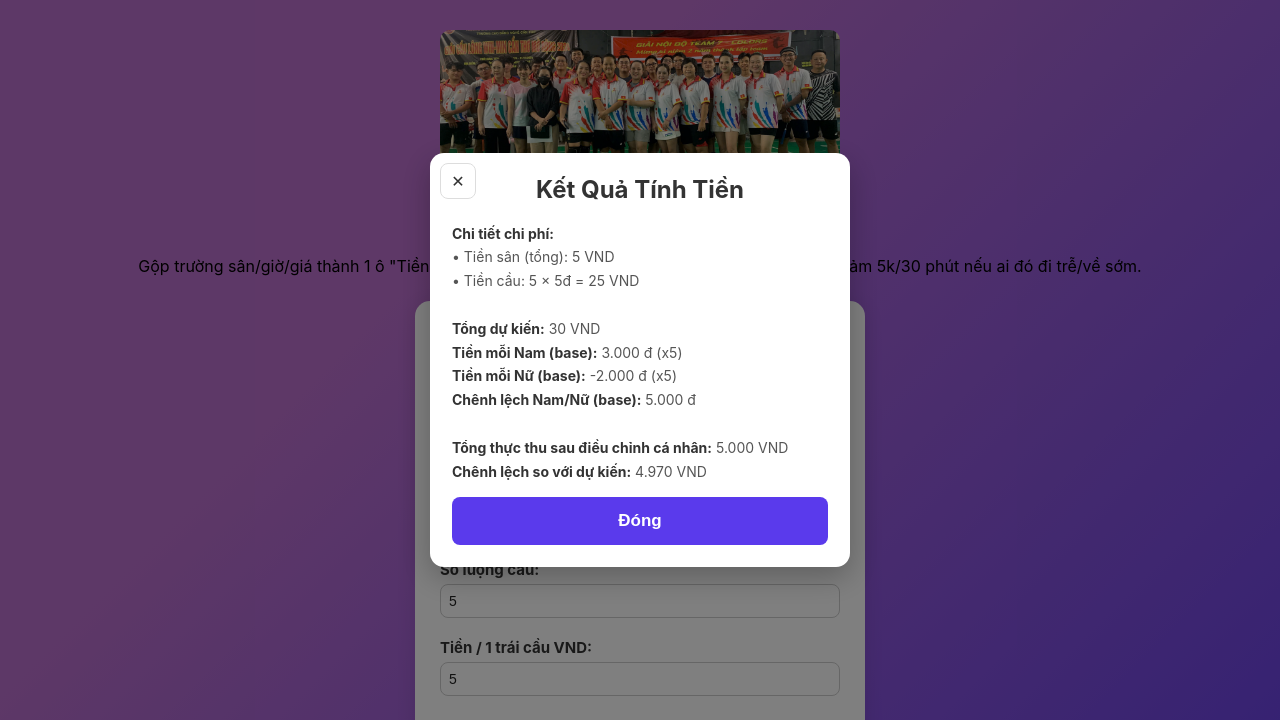
Repository: LuongPTCE181311/Badminton
Page: index.html
The author's editor kept a copy of each file at every save. The page is drawn from the files as they stood at one save, then again after the next save.
The browser window is 1280 px wide. The pictures show the window.
Empty fields were first filled with sample values (such as "Sample", 5 or name@example.com).
After loading, the first visible `#calculateBtn` was clicked once.
A layer covers the whole window, so only the first screen is drawn.

Above is the page before, as saved 2025-12-09 13:45:19.

### index.html
<!DOCTYPE html>
<html lang="vi">

<head>
    <meta charset="UTF-8" />
    <meta name="viewport" content="width=device-width, initial-scale=1.0" />
    <title>Tính Tiền Sân Cầu Lông</title>
    <link rel="stylesheet" href="assets/css/style.css" />
</head>

<body>
    <div class="hero">
        <img src="assets/images/Caulongvuive.jpg" id="img" class="hero-img" alt="Group" />
        <h1 class="title">Cầu lông vui vẻ :3333</h1>
        <div class="note">Gộp trường sân/giờ/giá thành 1 ô "Tiền sân (tổng)". Mặc định chênh lệch Nam/Nữ = 5.000đ. Giảm
            5k/30 phút nếu ai đó đi trễ/về sớm.</div>
    </div>

    <div class="container">
        <form id="calcForm" onsubmit="return false;">
            <div class="form-group">
                <label>Số lượng Nam:</label>
                <input type="number" id="men" min="0" placeholder="VD: 4" />
                <span class="error" id="men_err"></span>
            </div>

            <div class="form-group">
                <label>Số lượng Nữ:</label>
                <input type="number" id="women" min="0" placeholder="VD: 3" />
                <span class="error" id="women_err"></span>
            </div>

            <div class="form-group">
                <label>Tiền sân (tổng) VND:</label>
                <input type="number" id="courtTotal" min="0"
                    placeholder="Tổng tiền sân đã bao gồm số sân × giờ × giá/giờ" />
                <span class="error" id="courtTotal_err"></span>
            </div>

            <div class="form-group">
                <label>Số lượng cầu:</label>
                <input type="number" id="shuttleCount" min="0" placeholder="VD: 5" />
                <span class="error" id="shuttleCount_err"></span>
            </div>

            <div class="form-group">
                <label>Tiền / 1 trái cầu VND:</label>
                <input type="number" id="pricePerShuttle" min="0" placeholder="VD: 5000" />
                <span class="error" id="pricePerShuttle_err"></span>
            </div>

            <div style="margin-top:10px;">
                <strong>Chi tiết thành viên (tùy chọn):</strong>
                <div class="note">Thêm thành viên nếu bạn muốn áp dụng giảm tiền cho những người đi trễ hoặc về sớm.
                    Nhập số phút bị thiếu (minutes not played), cứ 30 phút giảm 5.000đ cho thành viên đó.</div>
                <div id="memberContainer" class="member-list"></div>
                <button type="button" id="addMemberBtn" class="btn">+ Thêm thành viên</button>
            </div>

            <div style="margin-top:14px;">
                <button type="button" id="calculateBtn" class="btn primary">Tính tiền</button>
            </div>
        </form>

        <div id="resultModal" class="modal hidden">
            <div class="modal-box">
                <button id="closeModal" class="modal-close">✕</button>
                <h2>Kết Quả Tính Tiền</h2>
                <div id="resultContent"></div>
                <button id="closeModalBottom" class="btn primary block">Đóng</button>
            </div>
        </div>

    </div>

    <script src="assets/js/main.js"></script>
</body>

</html>

### assets/css/style.css
* {
  box-sizing: border-box;
}

body {
  margin: 0;
  padding: 10px;
  font-family: -apple-system, BlinkMacSystemFont, "Segoe UI", Roboto,
    "Helvetica Neue", Arial, sans-serif;
  background: linear-gradient(135deg, #bc70cf 30%, #5a3aec 100%);
  min-height: 100vh;
}

/* HERO */
.hero {
  text-align: center;
  padding-top: 20px;
  max-width: 100%;
  overflow: hidden;
}

.hero-img {
  width: 100%;
  max-width: 400px;
  height: auto;
  display: block;
  margin: 0 auto 15px auto;
  border-radius: 10px;
  object-fit: cover;
}

/* BUTTONS COMMON */
.close-btn {
  padding: 12px;
  font-size: 15px;
  border-radius: 10px;
  width: 100%;
  margin-top: 3%;
  background-color: #bd5ad6;
  border: none;
  outline: none;
  color: white;
  cursor: pointer;
}

.close-btn:hover {
  opacity: 0.95;
}

/* TITLE */
.title {
  font-size: clamp(24px, 5vw, 30px);
  font-weight: bold;
  color: white;
  margin: 10px 0;
  text-shadow: 2px 2px 4px rgba(0, 0, 0, 0.3);
  padding: 0 15px;
}

/* CONTAINER */
.container {
  width: calc(100% - 20px);
  max-width: 450px;
  margin: 25px auto;
  background-color: white;
  padding: 25px;
  border-radius: 15px;
  box-shadow: 0 4px 20px rgba(0, 0, 0, 0.1);
}

/* FORM */
label {
  font-weight: 700;
  display: block;
  margin-bottom: 5px;
  font-size: 15px;
  color: #333;
}

input,
select,
textarea {
  width: 100%;
  padding: 8px 8px;
  background: white;
  border-radius: 8px;
  border: 1px solid #ccc;
  transition: 0.3s;
  -webkit-appearance: none;
  appearance: none;
  font-size: 14px;
  color: #222;
}

input:focus,
select:focus,
textarea:focus {
  outline: none;
  border-color: #1e88e5;
  box-shadow: 0 0 0 3px rgba(30, 136, 229, 0.08);
}

input.error-border,
select.error-border,
textarea.error-border {
  border-color: #e53935 !important;
}

.error {
  font-size: 12px;
  color: #d84747;
  font-weight: 600;
  display: block;
  min-height: 14px;
  margin-top: 6px;
}

/* ACTION BUTTON */
.btn {
  width: 100%;
  padding: 14px;
  background: #5a3aec;
  color: white;
  font-size: 17px;
  font-weight: 600;
  border: none;
  border-radius: 8px;
  cursor: pointer;
  transition: background 0.3s, transform 0.1s;
  margin-top: 10px;
}

.btn:hover {
  background: #3c22b3;
}

.btn:active {
  transform: scale(0.98);
}

/* allow .btn.primary to be used in HTML */
.btn.primary {
  background: #5a3aec;
  color: #fff;
}
.btn.primary:hover {
  background: #3c22b3;
}

/* helper for full width variants */
.block {
  display: block;
  width: 100%;
}

/* MODAL OVERLAY */
.modal {
  position: fixed;
  inset: 0;
  background: rgba(0, 0, 0, 0.5); /* semi-opaque backdrop */
  display: flex;
  justify-content: center;
  align-items: center;
  z-index: 1000;
  padding: 20px;
}

/* keep compatibility with previous class names */
.hidden {
  display: none !important;
}

/* Primary modal content class used earlier in CSS */
.modal-content {
  background: white;
  padding: 25px;
  width: calc(100% - 40px);
  max-width: 420px;
  border-radius: 15px;
  text-align: left;
  box-shadow: 0 4px 15px rgba(0, 0, 0, 0.2);
  max-height: 90vh;
  overflow-y: auto;
}

/* New: support .modal-box used in your HTML */
.modal-box {
  background: white;
  padding: 22px;
  width: calc(100% - 40px);
  max-width: 420px;
  border-radius: 14px;
  text-align: left;
  box-shadow: 0 10px 30px rgba(0, 0, 0, 0.25);
  max-height: 90vh;
  overflow-y: auto;
  position: relative;
}

/* Modal header/title */
.modal-box h2,
.modal-content h2 {
  margin-top: 0;
  margin-bottom: 18px;
  text-align: center;
  color: #333;
  font-size: clamp(20px, 4vw, 24px);
}

/* Modal close button (the small X at top) */
.modal-close,
.modal-box .modal-close,
.modal-content .modal-close {
  position: absolute;
  top: 10px;
  left: 10px;
  background: transparent;
  border: 1px solid #ddd;
  color: #333;
  width: 36px;
  height: 36px;
  border-radius: 8px;
  font-size: 16px;
  line-height: 34px;
  text-align: center;
  cursor: pointer;
}

/* ensure "Đóng" button at bottom styled */
.modal-box .btn,
.modal-content .btn {
  margin-top: 14px;
}

/* Result inside modal */
#result,
#resultContent {
  line-height: 1.7;
  font-size: 14px;
  color: #555;
}

#result b,
#resultContent b {
  color: #333;
}

/* MEMBER LIST (small UI pieces) */
.member-list {
  margin-top: 10px;
  border-top: 1px dashed #eee;
  padding-top: 10px;
}

.member-row {
  display: flex;
  gap: 8px;
  margin-bottom: 8px;
  align-items: center;
  flex-wrap: nowrap;
}

.member-row input,
.member-row select {
  padding: 6px 8px;
  border-radius: 6px;
  border: 1px solid #ddd;
  font-size: 13px;
  background: #fff;
}

.member-row .small {
  width: 110px;
}

.remove-btn {
  background: #ff6b6b;
  color: #fff;
  border: none;
  padding: 6px 10px;
  border-radius: 6px;
  cursor: pointer;
  font-size: 13px;
}

/* result box outside modal (if used) */
.result-box {
  margin-top: 12px;
  background: #f9f9f9;
  padding: 12px;
  border-radius: 8px;
  color: #333;
}

/* Responsive tweaks */

/* Tablet devices */
@media screen and (max-width: 768px) {
  body {
    padding: 10px;
  }

  .container {
    width: calc(100% - 20px);
    margin: 20px auto;
    padding: 20px;
  }

  .hero {
    padding: 15px 0;
  }

  .hero-img {
    max-width: 350px;
  }
}

/* Mobile devices */
@media screen and (max-width: 480px) {
  body {
    padding: 10px;
  }

  .container {
    width: calc(100% - 20px);
    margin: 0 auto;
    padding: 18px 14px;
    border-radius: 12px;
  }

  .hero {
    padding: 8px 0;
  }

  .hero-img {
    max-width: 100%;
    width: calc(100% - 20px);
    margin: 0 auto 10px auto;
  }

  .title {
    font-size: 22px;
    padding: 0 10px;
  }

  label {
    font-size: 14px;
  }

  input,
  select,
  textarea {
    width: 100%;
    padding: 10px;
    background: rgba(255, 255, 255, 0.95);
    border-radius: 8px;
    border: 1px solid #ccc;
    font-size: 14px;
  }

  .btn {
    padding: 14px;
    font-size: 16px;
  }

  .modal {
    padding: 12px;
  }

  .modal-box,
  .modal-content {
    width: calc(100% - 28px);
    padding: 16px;
    border-radius: 12px;
  }

  .modal-box h2,
  .modal-content h2 {
    font-size: 20px;
    margin-bottom: 14px;
  }

  #result,
  #resultContent {
    font-size: 13px;
    line-height: 1.6;
  }

  .close-btn {
    padding: 12px;
    font-size: 15px;
    border-radius: 10px;
    width: 100%;
    margin-top: 10px;
    background-color: #bd5ad6;
    border: none;
    outline: none;
    color: white;
  }
}

/* Very small mobile devices */
@media screen and (max-width: 360px) {
  body {
    padding: 8px;
  }

  .container {
    width: calc(100% - 16px);
    padding: 15px 12px;
  }

  .title {
    font-size: 22px;
  }

  .hero-img {
    width: calc(100% - 16px);
  }

  input,
  select,
  textarea {
    width: 100%;
    padding: 12px;
  }

  .btn {
    padding: 12px;
    font-size: 15px;
  }

  .modal-box,
  .modal-content {
    width: calc(100% - 24px);
    padding: 12px;
  }

  #result,
  #resultContent {
    font-size: 12px;
  }
}

/* Landscape orientation on mobile */
@media screen and (max-height: 600px) and (orientation: landscape) {
  body {
    padding: 5px;
  }

  .hero {
    padding: 5px 0;
  }

  .hero-img {
    max-width: 200px;
    max-height: 120px;
    margin-bottom: 5px;
  }

  .title {
    font-size: 18px;
    margin: 5px 0;
  }

  .container {
    margin: 10px auto;
    width: calc(100% - 10px);
    max-width: 600px;
  }

  .modal-box,
  .modal-content {
    max-height: 85vh;
  }
}

### assets/js/main.js
// ====== VALIDATE ======
function setError(id, msg) {
  const el = document.getElementById(id + "_err");
  if (el) el.innerText = msg;
}
function clearError(id) {
  const el = document.getElementById(id + "_err");
  if (el) el.innerText = "";
}
function validateField(id) {
  const el = document.getElementById(id);
  if (!el) return true;
  const value = el.value.trim();
  switch (id) {
    case "men":
    case "women":
      if (value === "" || isNaN(value) || parseInt(value) < 0) {
        setError(id, "Giá trị phải ≥ 0");
        return false;
      }
      const men = parseInt(document.getElementById("men").value) || 0;
      const women = parseInt(document.getElementById("women").value) || 0;
      if (men === 0 && women === 0) {
        setError(id, "Nam + Nữ phải ≥ 1");
        return false;
      }
      break;
    case "courtTotal":
      if (value === "" || isNaN(value) || parseInt(value) < 0) {
        setError(id, "Tiền sân phải ≥ 0");
        return false;
      }
      break;
    case "shuttleCount":
      if (value === "" || isNaN(value) || parseInt(value) < 0) {
        setError(id, "Số lượng cầu phải ≥ 0");
        return false;
      }
      break;
    case "pricePerShuttle":
      if (value === "" || isNaN(value) || parseInt(value) < 0) {
        setError(id, "Tiền 1 trái cầu phải ≥ 0");
        return false;
      }
      break;
    default:
      break;
  }
  clearError(id);
  return true;
}

["men", "women", "courtTotal", "shuttleCount", "pricePerShuttle"].forEach(
  (id) => {
    const el = document.getElementById(id);
    if (!el) return;
    el.addEventListener("input", () => {
      validateField(id);
      if (id === "men" || id === "women") {
        const otherId = id === "men" ? "women" : "men";
        validateField(otherId);
      }
    });
  }
);

// ====== UTILS ======
function roundUpToThousand(num) {
  return Math.ceil(num / 1000) * 1000;
}

// ====== TỐI ƯU CHIA (CHÊNH LỆCH MẶC ĐỊNH 5k) ======
function findOptimalSplit(total, men, women) {
  const targetDiff = 5000; // 5k
  let perWomanRaw = (total - targetDiff * men) / (men + women);
  let perWoman = roundUpToThousand(perWomanRaw);
  let perMan = roundUpToThousand(perWoman + targetDiff);

  if (perMan - perWoman < targetDiff) {
    perMan = perWoman + targetDiff;
    perMan = roundUpToThousand(perMan);
  }

  let actualTotal = perMan * men + perWoman * women;
  while (actualTotal < total) {
    perWoman += 1000;
    perMan = perWoman + targetDiff;
    perWoman = roundUpToThousand(perWoman);
    perMan = roundUpToThousand(perMan);
    actualTotal = perMan * men + perWoman * women;
    if (perWoman > total + 1000000) break;
  }

  return { perMan, perWoman, actualTotal, genderDiff: perMan - perWoman };
}

// ====== MEMBER UI ======
let memberIdCounter = 0;
const memberContainer = document.getElementById("memberContainer");
document
  .getElementById("addMemberBtn")
  .addEventListener("click", () => addMemberRow());
function addMemberRow(init = {}) {
  memberIdCounter++;
  const id = "member_" + memberIdCounter;
  const row = document.createElement("div");
  row.className = "member-row";
  row.id = id;
  row.innerHTML = `
    <input class="small" type="text" placeholder="Tên (tùy chọn)" data-field="name" />
    <select data-field="gender">
      <option value="man">Nam</option>
      <option value="woman">Nữ</option>
    </select>
    <input class="small" type="number" min="0" step="1" placeholder="Phút thiếu" data-field="minutes" />
    <button type="button" class="remove-btn" title="Xóa">X</button>
  `;
  memberContainer.appendChild(row);
  const btn = row.querySelector(".remove-btn");
  btn.addEventListener("click", () => row.remove());
  if (init.name) row.querySelector('[data-field="name"]').value = init.name;
  if (init.gender)
    row.querySelector('[data-field="gender"]').value = init.gender;
  if (init.minutes !== undefined)
    row.querySelector('[data-field="minutes"]').value = init.minutes;
}

// ====== MODAL HELPERS ======
function openModal() {
  document.getElementById("resultModal").classList.remove("hidden");
}
function closeModal() {
  document.getElementById("resultModal").classList.add("hidden");
}
const closeBtn = document.getElementById("closeModal");
if (closeBtn) closeBtn.addEventListener("click", closeModal);
const closeBtn2 = document.getElementById("closeModalBottom");
if (closeBtn2) closeBtn2.addEventListener("click", closeModal);

// ====== CALCULATE ======
document.getElementById("calculateBtn").addEventListener("click", function () {
  let ok = true;
  const ids = ["men", "women", "courtTotal", "shuttleCount", "pricePerShuttle"];
  ids.forEach((id) => {
    if (!validateField(id)) ok = false;
  });
  if (!ok) return;

  const men = parseInt(document.getElementById("men").value) || 0;
  const women = parseInt(document.getElementById("women").value) || 0;
  const courtTotal = parseInt(document.getElementById("courtTotal").value) || 0;
  const scount = parseInt(document.getElementById("shuttleCount").value) || 0;
  const pShut = parseInt(document.getElementById("pricePerShuttle").value) || 0;

  const shuttleCost = scount * pShut;
  const totalProjected = courtTotal + shuttleCost;

  let perMan = 0,
    perWoman = 0,
    actualTotal = 0;
  if (men > 0 && women > 0) {
    const solution = findOptimalSplit(totalProjected, men, women);
    perMan = solution.perMan;
    perWoman = solution.perWoman;
    actualTotal = solution.actualTotal;
  } else if (men > 0) {
    perMan = roundUpToThousand(totalProjected / men);
    actualTotal = perMan * men;
  } else {
    perWoman = roundUpToThousand(totalProjected / women);
    actualTotal = perWoman * women;
  }

  const memberRows = Array.from(
    memberContainer.querySelectorAll(".member-row")
  );
  const members = memberRows.map((r) => ({
    name: r.querySelector('[data-field="name"]').value || "",
    gender: r.querySelector('[data-field="gender"]').value,
    minutes: parseInt(r.querySelector('[data-field="minutes"]').value) || 0,
  }));

  let menRemaining = men;
  let womenRemaining = women;
  let adjustedTotal = 0;
  const memberResults = [];
  members.forEach((m) => {
    let base = m.gender === "man" ? perMan : perWoman;
    const steps = Math.floor(m.minutes / 30);
    const reduction = steps * 5000;
    const adjusted = Math.max(0, base - reduction);
    memberResults.push({
      name: m.name,
      gender: m.gender,
      base,
      minutes: m.minutes,
      reduction,
      adjusted,
    });
    adjustedTotal += adjusted;
    if (m.gender === "man") menRemaining--;
    else womenRemaining--;
  });
  adjustedTotal += menRemaining > 0 ? menRemaining * perMan : 0;
  adjustedTotal += womenRemaining > 0 ? womenRemaining * perWoman : 0;

  // Diff must be >= 0 per user request
  const rawDiff = adjustedTotal - totalProjected;
  const displayedDiff = Math.max(0, rawDiff);

  // Build modal content
  let html = `<b>Chi tiết chi phí:</b><br>`;
  html += `• Tiền sân (tổng): ${courtTotal.toLocaleString("vi-VN")} VND<br>`;
  html += `• Tiền cầu: ${scount} × ${pShut.toLocaleString(
    "vi-VN"
  )}đ = ${shuttleCost.toLocaleString("vi-VN")} VND<br><br>`;
  html += `<b>Tổng dự kiến:</b> ${totalProjected.toLocaleString(
    "vi-VN"
  )} VND<br>`;
  html += `<b>Tiền mỗi Nam (base):</b> ${perMan.toLocaleString(
    "vi-VN"
  )} đ (x${men})<br>`;
  html += `<b>Tiền mỗi Nữ (base):</b> ${perWoman.toLocaleString(
    "vi-VN"
  )} đ (x${women})<br>`;
  html += `<b>Chênh lệch Nam/Nữ (base):</b> ${(
    perMan - perWoman
  ).toLocaleString("vi-VN")} đ<br><br>`;

  if (memberResults.length > 0) {
    html += `<b>Điều chỉnh cá nhân (giảm 5k/30 phút):</b><br>`;
    memberResults.forEach((m) => {
      html += `• ${
        m.name || (m.gender === "man" ? "Nam" : "Nữ")
      }: base ${m.base.toLocaleString("vi-VN")}đ, -${m.reduction.toLocaleString(
        "vi-VN"
      )}đ (tương đương ${m.minutes} phút) → ${m.adjusted.toLocaleString(
        "vi-VN"
      )}đ<br>`;
    });
    html += `<br>`;
  }

  html += `<b>Tổng thực thu sau điều chỉnh cá nhân:</b> ${adjustedTotal.toLocaleString(
    "vi-VN"
  )} VND<br>`;
  html += `<b>Chênh lệch so với dự kiến:</b> ${displayedDiff.toLocaleString(
    "vi-VN"
  )} VND<br>`;

  // Set content and open modal
  const content = document.getElementById("resultContent");
  content.innerHTML = html;
  openModal();
});

After the next save:
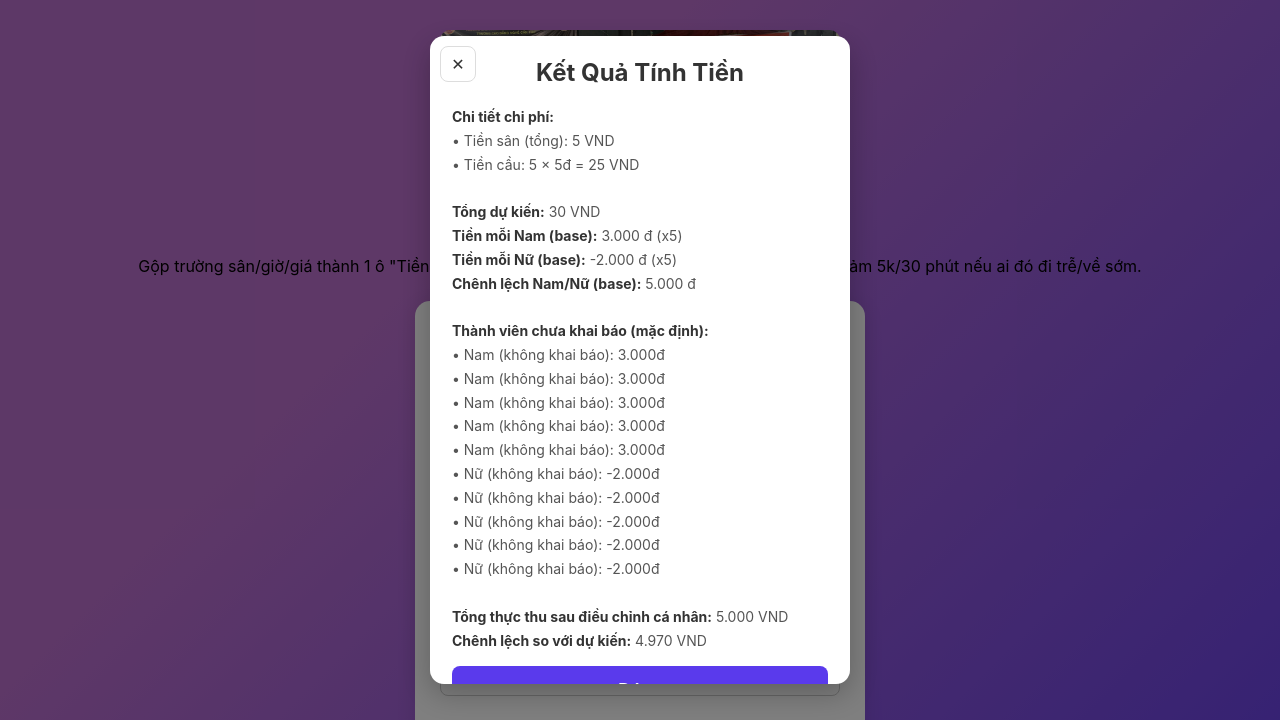
Saved 8 min 53 s later.
--- a/assets/js/main.js
+++ b/assets/js/main.js
@@ -155,58 +155,99 @@
   const shuttleCost = scount * pShut;
   const totalProjected = courtTotal + shuttleCost;
 
+  // Gather declared members and their requested reductions (steps*5000)
+  const memberRows = Array.from(
+    memberContainer.querySelectorAll(".member-row")
+  );
+  const members = memberRows.map((r) => {
+    const name = r.querySelector('[data-field="name"]').value || "";
+    const gender = r.querySelector('[data-field="gender"]').value;
+    const minutes =
+      parseInt(r.querySelector('[data-field="minutes"]').value) || 0;
+    const steps = Math.floor(minutes / 30);
+    const requestedReduction = steps * 5000;
+    return { name, gender, minutes, steps, requestedReduction };
+  });
+
+  // Sum of requested reductions (initial)
+  let totalRequestedReductions = members.reduce(
+    (s, m) => s + m.requestedReduction,
+    0
+  );
+
+  // We need to ensure bases are set so that:
+  // perMan*men + perWoman*women >= totalProjected + effectiveReductions
+  // We don't yet know effectiveReductions (because reductions cannot exceed base), so iterate to stabilize.
   let perMan = 0,
     perWoman = 0,
     actualTotal = 0;
-  if (men > 0 && women > 0) {
-    const solution = findOptimalSplit(totalProjected, men, women);
-    perMan = solution.perMan;
-    perWoman = solution.perWoman;
-    actualTotal = solution.actualTotal;
-  } else if (men > 0) {
-    perMan = roundUpToThousand(totalProjected / men);
-    actualTotal = perMan * men;
-  } else {
-    perWoman = roundUpToThousand(totalProjected / women);
-    actualTotal = perWoman * women;
-  }
-
-  const memberRows = Array.from(
-    memberContainer.querySelectorAll(".member-row")
-  );
-  const members = memberRows.map((r) => ({
-    name: r.querySelector('[data-field="name"]').value || "",
-    gender: r.querySelector('[data-field="gender"]').value,
-    minutes: parseInt(r.querySelector('[data-field="minutes"]').value) || 0,
-  }));
-
+  let totalNeeded = totalProjected + totalRequestedReductions;
+  // If there are no declared members, totalRequestedReductions = 0 and it's simple.
+  const maxIter = 8;
+  for (let iter = 0; iter < maxIter; iter++) {
+    if (men > 0 && women > 0) {
+      const solution = findOptimalSplit(totalNeeded, men, women);
+      perMan = solution.perMan;
+      perWoman = solution.perWoman;
+      actualTotal = solution.actualTotal; // this is perMan*men + perWoman*women
+    } else if (men > 0) {
+      perMan = roundUpToThousand(totalNeeded / men);
+      perWoman = 0;
+      actualTotal = perMan * men;
+    } else {
+      perWoman = roundUpToThousand(totalNeeded / women);
+      perMan = 0;
+      actualTotal = perWoman * women;
+    }
+
+    // Compute effective reductions (cannot exceed base for each member)
+    let effectiveReductions = 0;
+    members.forEach((m) => {
+      const base = m.gender === "man" ? perMan : perWoman;
+      const effective = Math.min(m.requestedReduction, base); // reduction cannot be more than base
+      effectiveReductions += effective;
+    });
+
+    const newTotalNeeded = totalProjected + effectiveReductions;
+    // If stabilized (no change) then break
+    if (newTotalNeeded === totalNeeded) {
+      totalRequestedReductions = effectiveReductions;
+      totalNeeded = newTotalNeeded;
+      break;
+    }
+    // Otherwise update and iterate
+    totalRequestedReductions = effectiveReductions;
+    totalNeeded = newTotalNeeded;
+    // continue loop with updated totalNeeded
+  }
+
+  // After stabilization, actualTotal is perMan*men + perWoman*women
+  // Adjusted total actually collected after member reductions:
+  const adjustedTotal = actualTotal - totalRequestedReductions;
+
+  // displayed diff (>=0)
+  const displayedDiff = Math.max(0, adjustedTotal - totalProjected);
+
+  // Build memberResults with effective reductions
   let menRemaining = men;
   let womenRemaining = women;
-  let adjustedTotal = 0;
   const memberResults = [];
   members.forEach((m) => {
-    let base = m.gender === "man" ? perMan : perWoman;
-    const steps = Math.floor(m.minutes / 30);
-    const reduction = steps * 5000;
-    const adjusted = Math.max(0, base - reduction);
+    const base = m.gender === "man" ? perMan : perWoman;
+    const effective = Math.min(m.requestedReduction, base);
+    const adjusted = Math.max(0, base - effective);
     memberResults.push({
       name: m.name,
       gender: m.gender,
       base,
       minutes: m.minutes,
-      reduction,
+      requestedReduction: m.requestedReduction,
+      effectiveReduction: effective,
       adjusted,
     });
-    adjustedTotal += adjusted;
     if (m.gender === "man") menRemaining--;
     else womenRemaining--;
   });
-  adjustedTotal += menRemaining > 0 ? menRemaining * perMan : 0;
-  adjustedTotal += womenRemaining > 0 ? womenRemaining * perWoman : 0;
-
-  // Diff must be >= 0 per user request
-  const rawDiff = adjustedTotal - totalProjected;
-  const displayedDiff = Math.max(0, rawDiff);
 
   // Build modal content
   let html = `<b>Chi tiết chi phí:</b><br>`;
@@ -232,12 +273,26 @@
     memberResults.forEach((m) => {
       html += `• ${
         m.name || (m.gender === "man" ? "Nam" : "Nữ")
-      }: base ${m.base.toLocaleString("vi-VN")}đ, -${m.reduction.toLocaleString(
+      }: base ${m.base.toLocaleString(
         "vi-VN"
-      )}đ (tương đương ${m.minutes} phút) → ${m.adjusted.toLocaleString(
+      )}đ, -${m.effectiveReduction.toLocaleString(
         "vi-VN"
-      )}đ<br>`;
+      )}đ (yêu cầu ${m.requestedReduction.toLocaleString("vi-VN")}đ cho ${
+        m.minutes
+      } phút) → ${m.adjusted.toLocaleString("vi-VN")}đ<br>`;
     });
+    html += `<br>`;
+  }
+
+  // Add remaining unnamed members entries (optional, helpful)
+  if (menRemaining > 0 || womenRemaining > 0) {
+    html += `<b>Thành viên chưa khai báo (mặc định):</b><br>`;
+    for (let i = 0; i < menRemaining; i++) {
+      html += `• Nam (không khai báo): ${perMan.toLocaleString("vi-VN")}đ<br>`;
+    }
+    for (let i = 0; i < womenRemaining; i++) {
+      html += `• Nữ (không khai báo): ${perWoman.toLocaleString("vi-VN")}đ<br>`;
+    }
     html += `<br>`;
   }
 
